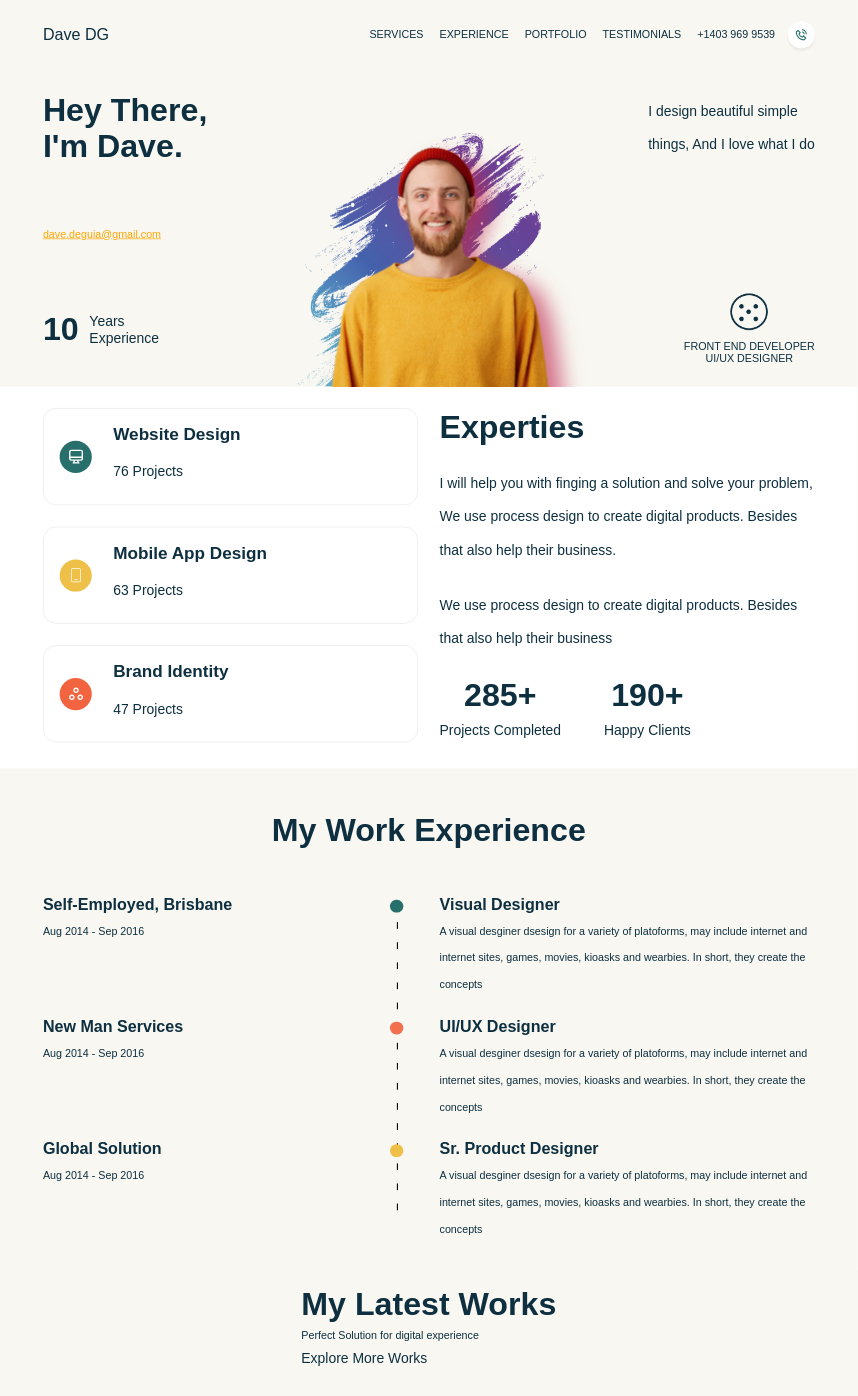
Repository: davedeguia/framer-motion-portfolio
Page: /
The author's editor kept a copy of each file at every save. The page is drawn from the files as they stood at one save, then again after the next save.
The browser window is 1280 px wide. The pictures show the whole page, at 67% of full size.
Some web fonts or font styles are not loaded; a fallback is used. The project was rebuilt for these pictures with package versions that can differ from the ones it lists, and the page was loaded fresh each time. Also part of the build but not shown: vite.config.js, src/components/Portfolio/Portfolio.module.scss.

Above is the page before, as saved 2023-02-10 21:40:57.

### index.html
<!DOCTYPE html>
<html lang="en">
  <head>
    <meta charset="UTF-8" />
    <link rel="icon" type="image/svg+xml" href="/vite.svg" />
    <meta name="viewport" content="width=device-width, initial-scale=1.0" />
    <link rel="stylesheet" href="https://stijndv.com/fonts/Eudoxus-Sans.css" />
      <title>Dave DG</title>
  </head>
  <body>
    <div id="root"></div>
    <script type="module" src="/src/main.jsx"></script>
  </body>
</html>

### src/main.jsx
import React from 'react'
import ReactDOM from 'react-dom/client'
import App from './App'
import './styles/index.css'
import './styles/global.scss'

ReactDOM.createRoot(document.getElementById('root')).render(
  <React.StrictMode>
    <App />
  </React.StrictMode>
)

### src/App.jsx
import Experties from './components/Experties/Experties'
import Header from './components/Header/Header'
import Hero from './components/Hero/Hero'
import Portfolio from './components/Portfolio/Portfolio'
import Works from './components/Works/Works'
import css from './styles/app.module.scss'

const App = () => {
  return (
    <div className={`bg-primary ${css.container}`}>
      <Header />
      <Hero />
      <Experties />
      <Works />
      <Portfolio />
    </div>
  )
}

export default App

### src/styles/index.css
* {
    margin: 0;
    padding: 0;
    box-sizing: border-box;
    scroll-behavior: smooth;
    font-family: "Eudoxus Sans", sans-serif;
  }

### src/styles/global.scss
@import './constants.scss';

.bg-primary {
  background: #F8F7F1;
}

.innerWidth {
  @media (min-width: $xxl) {
    max-width: 1280px;
    margin: auto;
  }

  width: 100%;
}

.paddings {
  @media (min-width: $sm) {
    padding: 4rem;
  }


  @media (min-width: $xl),
  (min-width: $md) {
    padding-top: 2rem;
    padding-bottom: 2rem;
  }

  padding-left: 1.5rem;
  padding-right: 1.5rem;
  padding-top: 1.5rem;
  padding-bottom: 1.5rem;
}



.xPaddings {
  @media (min-width: $sm) {
    padding-left: 4rem;
    padding-right: 4rem;
  }

  padding-left: 1.5rem;
  /* 24px */
  padding-right: 1.5rem;
  /* 24px */
}

.yPaddings {
  @media (min-width: $sm) {
    padding-top: 4rem;
    padding-bottom: 4rem;
  }

  @media (min-width: $xl) {
    padding-top: 2rem;
    padding-bottom: 2rem;
  }

  padding-top: 3rem;
  padding-bottom: 3rem;
}

.topPaddings {
  @media (min-width : $sm) {
    padding-top: 4rem;
  }

  @media (min-width: $xl) {
    padding-top: 2rem;
  }

  padding-top: 3rem;
}


.bottomPaddings {
  @media (min-width : $sm) {
    padding-bottom: 4rem;
  }

  @media (min-width: $xl) {
    padding-bottom: 2rem;
  }

  padding-bottom: 3rem;
}


.flexCenter {
  display: flex;
  justify-content: center;
  align-items: center;
}

.flexStart {
  display: flex;
  justify-content: start;
  align-items: center;
}

.flexEnd {
  display: flex;
  justify-items: end;
}

.primaryText {
  @media (max-width: $sm) {
    font-size: 2.5rem;
  }
  font-size: 3rem;
  font-weight: bold;
}

.secondaryText {
  @media (max-width: $sm) {
    font-size: 1.1rem;
    line-height: 40px;
  }
  line-height: 50px;
  font-size: 1.3rem;
  font-weight: 500
}
.anchor {
  display: block;
  position: relative;
  top: -100px;
  visibility: hidden;
}

### src/components/Experties/Experties.jsx
import React from 'react'
import css from './Experties.module.scss'
import { projectExperience, WhatDoIHelp } from '../../utils/data'
import { motion } from 'framer-motion'
import { fadeIn, staggerContainer, textVariant } from '../../utils/motion.js'

const Experties = () => {
  return (
    <motion.section
      variants={staggerContainer}
      initial='hidden'
      whileInView='show'
      viewport={{ once: false, amount: 0.25 }}
      className={css.wrapper}
    >
      <div
        className={`paddings yPaddings flexCenter innerWidth ${css.container}`}
      >
        <div className={css.leftSide}>
          {projectExperience.map((exp, i) => {
            return (
              <motion.div
                variants={fadeIn('right', 'tween', (i + 1) * 0.2, 1)}
                className={css.exp}
                key={i}
              >
                <div className='flexCenter' style={{ background: exp.bg }}>
                  <exp.icon size={25} color='white' />
                </div>

                <div>
                  <span>{exp.name}</span>
                  <span className='secondaryText'>{exp.projects} Projects</span>
                </div>
              </motion.div>
            )
          })}
        </div>
        <motion.div variants={textVariant(0.5)} className={css.rightSide}>
          <span className='primaryText'>Experties </span>
          {WhatDoIHelp.map((paragraph, i) => {
            return (
              <span className='secondaryText' key={i}>
                {paragraph}
              </span>
            )
          })}

          <div className={`flexCenter ${css.stats}`}>
            <div className={`flexCenter ${css.stat}`}>
              <span className='primaryText'>285+</span>
              <span className='secondaryText'>Projects Completed</span>
            </div>

            <div className={`flexCenter ${css.stat}`}>
              <span className='primaryText'>190+</span>
              <span className='secondaryText'>Happy Clients</span>
            </div>
          </div>
        </motion.div>
      </div>
    </motion.section>
  )
}

export default Experties

### src/components/Header/Header.jsx
import React, { useState } from 'react'
import css from './Header.module.scss'
import { BiMenuAltRight, BiPhoneCall } from 'react-icons/bi'
import { motion } from 'framer-motion'
import { getMenuStyles, headerVariants } from '../../utils/motion'
import useHeaderShadow from '../../hooks/useHeaderShadow'

const Header = () => {
  const [menuOpened, setMenuOpened] = useState(false)
  const headerShadow = useHeaderShadow()
  return (
    <motion.div
      initial='hidden'
      whileInView='show'
      variants={headerVariants}
      viewport={{ once: false, amount: 0.25 }}
      className={`paddings ${css.wrapper}`}
      style={{ boxShadow: headerShadow }}
    >
      <div className={`flexCenter innerWidth ${css.container}`}>
        <div className={css.name}>Dave DG</div>
        <ul
          style={getMenuStyles(menuOpened)}
          className={`flexCenter ${css.menu}`}
        >
          <li>
            <a href=''>Services</a>
          </li>

          <li>
            <a href=''>Experience</a>
          </li>

          <li>
            <a href=''>Portfolio</a>
          </li>

          <li>
            <a href=''>Testimonials</a>
          </li>

          <li className={`flexCenter ${css.phone}`}>
            <p>+1403 969 9539</p>
            <BiPhoneCall size={'40px'} />
          </li>
        </ul>
        {/* for medium and small screens */}
        <div
          className={css.menuIcon}
          onClick={() => setMenuOpened((prev) => !prev)}
        >
          <BiMenuAltRight size={30} />
        </div>
      </div>
    </motion.div>
  )
}

export default Header

### src/components/Hero/Hero.jsx
import React from 'react'
import css from './Hero.module.scss'
import { motion } from 'framer-motion'
import { fadeIn, slideIn, staggerContainer } from '../../utils/motion'

const Hero = () => {
  return (
    <section className={`paddings ${css.wrapper}`}>
      <motion.div
        variants={staggerContainer}
        initial='hidden'
        whileInView='show'
        viewport={{ once: false, amount: 0.25 }}
        className={`innerWidth ${css.container}`}
      >
        {/* upper elements */}
        <div className={css.upperElements}>
          <motion.span
            variants={fadeIn('right', 'tween', 0.2, 1)}
            className='primaryText'
          >
            Hey There, <br /> I'm Dave.
          </motion.span>
          <motion.span
            variants={fadeIn('left', 'tween', 0.4, 1)}
            className='secondaryText'
          >
            I design beautiful simple <br /> things, And I love what I do
          </motion.span>
        </div>

        {/* person image */}
        <motion.div
          variants={fadeIn('up', 'tween', 0.3, 1)}
          className={css.person}
        >
          <motion.img
            variants={slideIn('up', 'tween', 0.5, 1.3)}
            src='./person.png'
            alt=''
          />
        </motion.div>

        {/* email */}
        <a className={css.email} href='mailto:dave.deguia@gmail.com'>
          dave.deguia@gmail.com
        </a>

        {/* lower elements */}
        <div className={css.lowerElements}>
          <div className={css.experience}>
            <div className='primaryText'>10</div>
            <div className='secondaryText'>
              <div>Years</div>
              <div>Experience</div>
            </div>
          </div>
          <div className={css.certificate}>
            <img src='./certificate.png' alt='' />
            <span>FRONT END DEVELOPER</span>
            <span>UI/UX DESIGNER</span>
          </div>
        </div>
      </motion.div>
    </section>
  )
}

export default Hero

### src/components/Portfolio/Portfolio.jsx
import React from 'react'
import css from './Portfolio.module.scss'

const Portfolio = () => {
  return (
    <section className={`paddings ${css.wrapper}`}>
      <div className={`innerWidth flexCenter ${css.container}`}>
        <div className={css.heading}>
          <div>
            <span className='primaryText'>My Latest Works</span>
            <p style={{ marginTop: '10px' }}>
              Perfect Solution for digital experience
            </p>
          </div>
          <span className='secondaryText'>Explore More Works</span>
        </div>
      </div>
    </section>
  )
}

export default Portfolio

### src/components/Works/Works.jsx
import React from 'react'
import { workExp } from '../../utils/data'
import css from './Works.module.scss'
import { motion } from 'framer-motion'
import {
  fadeIn,
  staggerChildren,
  textVariant2,
  zoomIn,
} from '../../utils/motion'
const Works = () => {
  return (
    <motion.section
      variants={staggerChildren}
      initial='hidden'
      whileInView='show'
      viewport={{ once: false, amount: 0.25 }}
      className={`paddings ${css.wrapper}`}
    >
      <a className='anchor' id='work'></a>

      <div className={`innerWidth flexCenter ${css.container}`}>
        {/* heading */}
        <span className='primaryText yPaddings'>My Work Experience</span>

        <div className={`flexCenter ${css.experiences}`}>
          {workExp.map((exp, i) => {
            return (
              <motion.div
                variants={textVariant2}
                key={i}
                className={`flexCenter ${css.exp}`}
              >
                <div className={css.post}>
                  <h1>{exp.place}</h1>
                  <p>{exp.tenure}</p>
                </div>
                <div className={css.role}>
                  <h1>{exp.role}</h1>
                  <p>{exp.detail}</p>
                </div>
              </motion.div>
            )
          })}

          <motion.div variants={zoomIn(1, 1)} className={css.progressbar}>
            <motion.div
              variants={fadeIn('down', 'tween', 2, 1.5)}
              className={css.line}
            ></motion.div>
            <div>
              <div
                className={css.circle}
                style={{ background: '#286F6C' }}
              ></div>
            </div>
            <div>
              <div
                className={css.circle}
                style={{ background: '#F2704E' }}
              ></div>
            </div>
            <div>
              <div
                className={css.circle}
                style={{ background: '#EEC048' }}
              ></div>
            </div>
          </motion.div>
        </div>
      </div>
    </motion.section>
  )
}

export default Works

### src/styles/app.module.scss
@import './constants.scss';

.container{
    overflow-x: clip;
    position: relative;
    color: $primary;

}

### src/components/Experties/Experties.module.scss
@import './../../styles/constants.scss';

.wrapper {
    background: white;

    .container {
        align-items: flex-start;
        gap: 2rem;
        flex-wrap: wrap;
        >div {
            flex: 1;
        }

        .leftSide {
            display: flex;
            flex-direction: column;
            gap: 2rem;

            .exp {
                display: flex;
                align-items: center;
                border: 1px solid $secondary-white;
                border-radius: 20px;
                padding: 1.5rem;
                gap: 2rem;
                transition: all 200ms ease-out;

                &hover {
                    cursor: pointer;
                    box-shadow: 0px 21px 13px rgba(0, 0, 0, 0.04);
                }

                //icon circles
                >:nth-child(1) {
                    padding: 10px;
                    width: 3rem;
                    height: 3rem;
                    border-radius: 999px;
                }

                //description
                >:nth-child(2) {
                    display: flex;
                    flex-direction: column;
                    gap: 1rem;

                    >:nth-child(1) {
                        font-size: 1.6rem;
                        font-weight: bold;
                    }
                }

            }
        }

        .rightSide {
            @media (max-width: $sm) {
                text-align: center;
            }
            display: flex;
            flex-direction: column;
            gap: 2rem;

            .stats {
                justify-content: flex-start;
                gap: 4rem;

                .stat {
                    flex-direction: column;
                    justify-content: flex-start;
                }
            }
        }
    }
}

### src/utils/motion.js
export const headerVariants = {
  hidden: {
    opacity: 0,
    y: -50,
    transition: {
      type: 'spring',
      stiffness: 300,
      damping: 140,
    },
  },
  show: {
    opacity: 1,
    y: 0,
    transition: {
      type: 'spring',
      stiffness: 80,
      delay: 1,
    },
  },
}

export const slideIn = (direction, type, delay, duration) => ({
  hidden: {
    x: direction === 'left' ? '-100%' : direction === 'right' ? '100%' : 0,
    y: direction === 'up' ? '100%' : direction === 'down' ? '100%' : 0,
  },
  show: {
    x: 0,
    y: 0,
    transition: {
      type,
      delay,
      duration,
      ease: 'easeOut',
    },
  },
})

export const staggerContainer = (staggerChildren, delayChildren) => ({
  hidden: {},
  show: {
    transition: {
      staggerChildren,
      delayChildren,
    },
  },
})

export const textVariant = (delay) => ({
  hidden: {
    y: 50,
    opacity: 0,
  },
  show: {
    y: 0,
    opacity: 1,
    transition: {
      type: 'spring',
      duration: 1.25,
      delay,
    },
  },
})

export const textVariant2 = {
  hidden: {
    opacity: 0,
    y: 20,
  },
  show: {
    opacity: 1,
    y: 0,
    transition: {
      type: 'tween',
      ease: 'easeIn',
    },
  },
}

export const fadeIn = (direction, type, delay, duration) => ({
  hidden: {
    x: direction === 'left' ? 100 : direction === 'right' ? -100 : 0,
    y: direction === 'up' ? 100 : direction === 'down' ? -100 : 0,
    opacity: 0,
  },
  show: {
    x: 0,
    y: 0,
    opacity: 1,
    transition: {
      type,
      delay,
      duration,
      ease: 'easeOut',
    },
  },
})

export const zoomIn = (delay, duration) => ({
  hidden: {
    scale: 0,
    opacity: 0,
  },
  show: {
    scale: 1,
    opacity: 1,
    transition: {
      type: 'tween',
      delay,
      duration,
      ease: 'easeOut',
    },
  },
})

export const footerVariants = {
  hidden: {
    opacity: 0,
    y: 50,
    transition: {
      type: 'spring',
      stiffness: 300,
      damping: 140,
    },
  },
  show: {
    opacity: 1,
    y: 0,
    transition: {
      type: 'spring',
      stiffness: 80,
      delay: 0.5,
    },
  },
}

export const staggerChildren = {
  hidden: { opacity: 0 },
  show: {
    opacity: 1,
    transition: {
      staggerChildren: 0.5,
    },
  },
}

export const getMenuStyles = (menuOpened) => {
  if (document.documentElement.clientWidth <= 640) {
    return { right: !menuOpened && '-100%' }
  }
}

### src/components/Header/Header.module.scss
@import './../../styles/constants.scss';

.wrapper {
    position: relative;
    z-index: 99;
    opacity: 1;
    transform: none;
    position: sticky;
    top: 0px;
    transition: all 300ms ease;

    .container {
        position: relative;
        justify-content: space-between;
        font-weight: 500;

        .name {
            font-size: 1.5rem;
            font-weight: 500;
        }

        .menu {

            @media (max-width: $sm),
            (max-width: $md) {
                position: absolute;
                list-style: none;
                gap: 2rem;
                font-weight: 500;
                flex-direction: column;
                right: 0;
                top: 3rem;
                height: calc(100vh - 6.3rem);
                width: 50%;
                min-width: 15rem;
                background: white;
                padding: 2rem;
                display: flex;
                border-radius: 10px;
                transition: all 200ms ease;
                align-items: flex-start;
                padding: 3rem;
                justify-content: flex-start;
                box-shadow: 0px 4px 4px rgba(0, 0, 0, 0.05);
            }

            text-transform: uppercase;
            font-size: 1rem;
            list-style: none;
            gap: 1.5rem;
            cursor: pointer;

            li {
                a {
                    color: inherit;
                    text-decoration: none;
                }

                &:hover {
                    color: $secondary;
                }
            }

            .phone {
                gap: 1.2rem;
                flex-wrap: wrap;

                svg {
                    color: $secondary;
                    background-color: white;
                    padding: 10px;
                    border-radius: 999px;
                    box-shadow: 0px 4px 4px rgba(0, 0, 0, 0.05);
                }
            }
        }



        .menuIcon {

            @media (max-width: $sm),
            (max-width: $md) {
                display: block;
            }

            display: none;
        }
    }
}

### src/components/Hero/Hero.module.scss
@import './../../styles/constants.scss';

.wrapper {
    overflow: hidden;

    .container {
        position: relative;
        z-index: 1;

        .upperElements {
            @media (max-width: $sm) {
                justify-content: center;
                text-align: center;
                gap: 2rem;
            }
            display: flex;
            align-items: center;
            justify-content: space-between;
            flex-wrap: wrap;
        }

        .lowerElements {
            @media (max-width: $sm), (max-width: $md) {
                margin-top: 4rem;
                gap: 2rem;
                justify-content: center;
            }
            margin-top: 12rem;
            display: flex;
            flex-wrap: wrap;
            justify-content: space-between;

            .experience {
                display: flex;
                align-items: center;
                gap: 1rem;

                >:nth-child(2) {
                    line-height: 25px;
                }
            }

            .certificate {
                display: flex;
                flex-direction: column;
                align-items: center;

                img {
                    margin-bottom: 1rem;
                    width: 3.5rem;
                }
            }
        }

        .person {
            @media (max-width: $sm), (max-width: $md) {
                position: relative;
                left: 0;
                background-size: 20rem;
                display: flex;
                align-items: center;
                justify-content: center;
                background-position: bottom;
            }
            position: absolute;
            bottom: -2rem;
            margin: auto;
            background-image: url('../splash.png');
            background-repeat: no-repeat;
            background-size: 23rem;
            left: 33%;

            img {
                @media (max-width: $sm) {
                    width: 23rem;
                }
                margin-bottom: -5px;
            }
        }

        .email {
            @media (max-width: $sm) {
                position: relative;
                display: none;
            }
            position: absolute;
            top: 50%;
            color: orange;
            left: 0;
        }
    }
}

### src/components/Works/Works.module.scss
@import './../../styles/constants.scss';

.wrapper {
    .container {
        flex-direction: column;
        gap: 2rem;

        .experiences {
            width: 100%;
            flex-direction: column;
            gap: 1.4rem;
            position: relative;

            .exp {
                width: 100%;
                justify-content: space-between;
                line-height: 40px;
                align-items: flex-start;

                >div {
                    flex: 1;
                }

                .role {
                    margin-left: 2rem;
                }
            }

            .progressbar {
                position: absolute;
                height: 100%;
                display: flex;
                flex-direction: column;
                gap: 1.4rem;
                left: 45%;

                .line {
                    position: absolute;
                    height: 92%;
                    width: 2px;
                    background-image: linear-gradient(black 33%, rgba(255, 255, 255, 0) 0%);
                    background-position: right;
                    background-size: 2px 30px;
                    background-repeat: repeat-y;
                    left: 48%;
                    z-index: 1;
                    border-radius: 5px;
                }

                >div {
                    flex: 1;
                    padding-top: .8rem;
                    z-index: 2;

                    .circle {
                        border-radius: 50%;
                        background: black;
                        width: 1.2rem;
                        height: 1.2rem;
                    }
                }
            }
        }

    }
}

Loaded but not shown: src/styles/constants.scss (common file); src/hooks/useHeaderShadow.jsx (common file); src/utils/data.js (156 lines, source omitted)

After the next save:
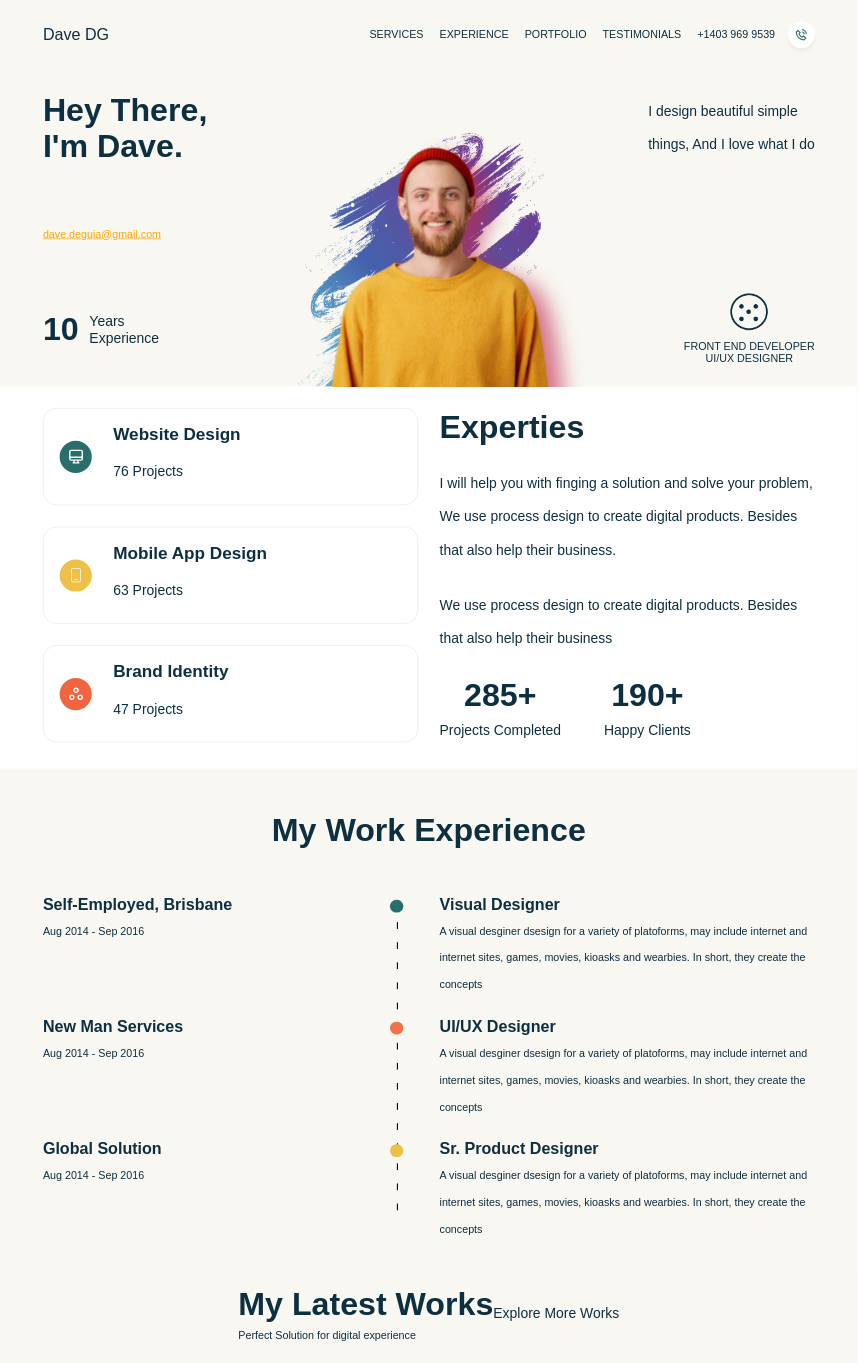
Saved 35 s later.
--- a/src/components/Portfolio/Portfolio.jsx
+++ b/src/components/Portfolio/Portfolio.jsx
@@ -5,7 +5,7 @@ const Portfolio = () => {
   return (
     <section className={`paddings ${css.wrapper}`}>
       <div className={`innerWidth flexCenter ${css.container}`}>
-        <div className={css.heading}>
+        <div className={`flexCenter ${css.heading}`}>
           <div>
             <span className='primaryText'>My Latest Works</span>
             <p style={{ marginTop: '10px' }}>
